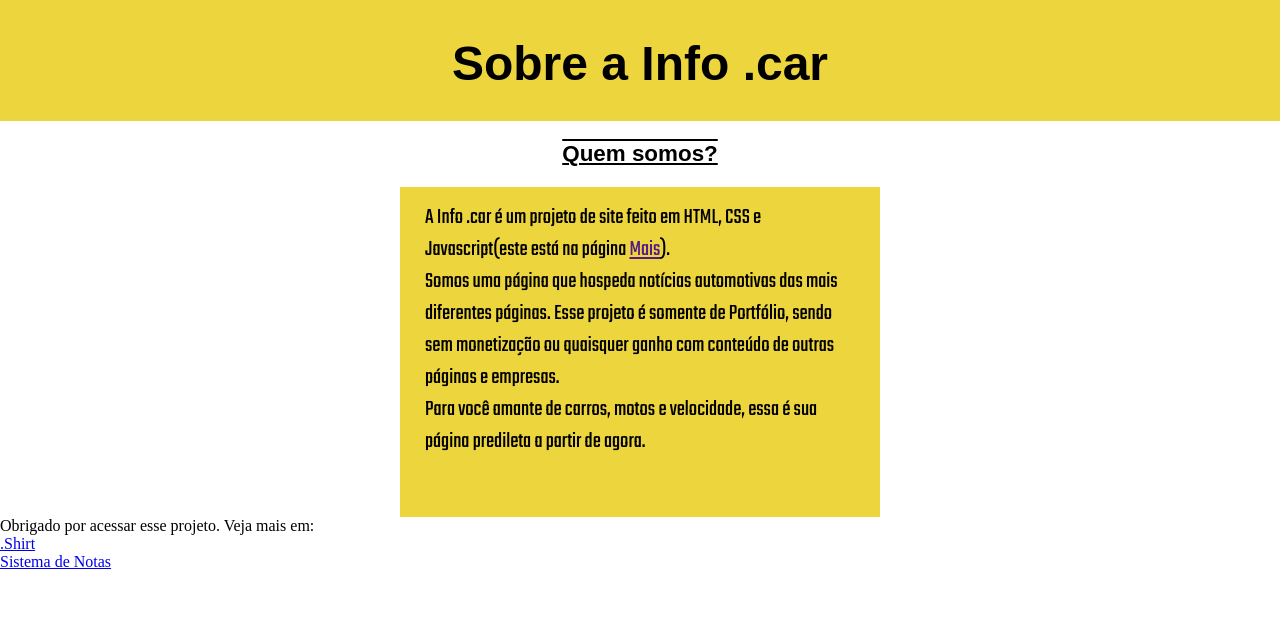
Repository: Leonngc/projeto-info.car
Page: sobre.html
These files come from the project's save history. The page is drawn as it stood at one moment and after a run of saves; the edit follows.
The browser window is 1280 px wide. The pictures show the whole page.
Some web fonts or font styles are not loaded; a fallback is used.

Above is the page before, as saved 2022-11-05 15:32:48.

### sobre.html
<!DOCTYPE html>
<html lang="pt-br">
<head>
    <meta charset="UTF-8">
    <meta http-equiv="X-UA-Compatible" content="IE=edge">
    <meta name="viewport" content="width=device-width, initial-scale=1.0">
    <link rel="stylesheet" href="sobre.css">
    <title>Sobre nós</title>
</head>
<body>
    <header>
        <h1>Sobre a Info .car</h1>
    </header>

    <main>
        <article>
            <h1>Quem somos?</h1>
            <p>
                A Info .car é um projeto de site feito em HTML, CSS e Javascript(este está na página <a href="">Mais</a>).  <br>
                Somos uma página que hospeda notícias automotivas das mais diferentes páginas. Esse projeto é somente de Portfólio, sendo sem monetização ou quaisquer ganho com conteúdo de outras páginas e empresas.
                <br>
                Para você amante de carros, motos e velocidade, essa é sua página predileta a partir de agora. <br>
            </p>
        </article>
    </main>

        <footer>
            <p>Obrigado por acessar esse projeto. Veja mais em: <br>
            <a href="https://leonngc.github.io/projeto-shirt/" target="_blank">.Shirt</a>
            <br>
            <a href="https://leonngc.github.io/sistema-de-notas/" target="_blank">Sistema de Notas</a>
            </p>
        </footer>
</body>
</html>

### sobre.css
@charset "UTF 8";
@import url('https://fonts.googleapis.com/css2?family=Michroma&display=swap');
@import url('https://fonts.googleapis.com/css2?family=Teko&display=swap');
@import url('https://fonts.googleapis.com/css2?family=Ramabhadra&display=swap');

:root{
    --font-title: 'Ramabhadra', sans-serif;
    --font-text: 'Teko', sans-serif;
}

*{
    margin: 0;
    padding: 0;
}

header{
    background-color: #edd53e;
    color: black;
    padding: 30px;
    padding-top: 5vh;
    min-width: 2em;
    font-size: 1.5em;
    text-align: center;
    font-family: var(--font-title);
}

article > h1{
    font-family: var(--font-title);
    font-size: 1.4em;
    text-align: center;
    text-decoration: overline underline;
    margin-top: 20px;
    margin-bottom: 20px;
}

article > p{
   font-family: var(--font-text);
   font-size: 1.4em;
   margin: auto;
   margin-left: 400px;
   margin-right: 400px;
   min-width: 300px;
   min-height: 300px;
   padding: 15px 25px;
   background-color: #edd53e;
}

After the next 2 saves:
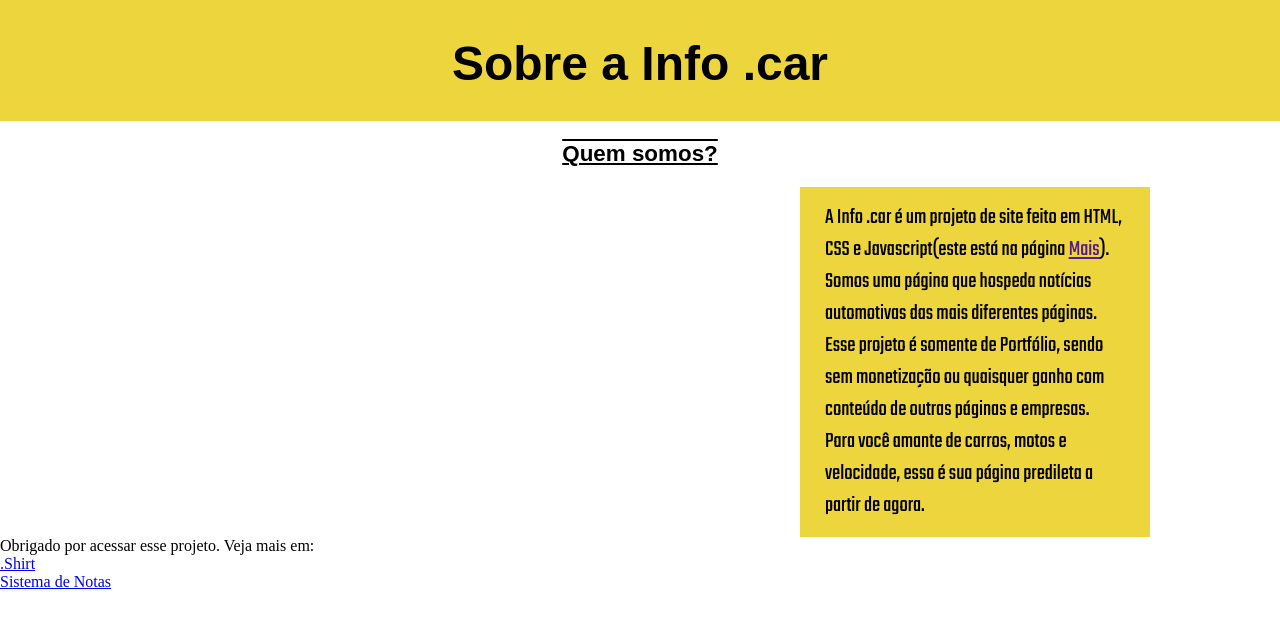
The 2 saves are shown as one change because they came seconds apart.
The last was saved 12 s later.
--- a/sobre.css
+++ b/sobre.css
@@ -37,8 +37,8 @@ article > p{
    font-family: var(--font-text);
    font-size: 1.4em;
    margin: auto;
-   margin-left: 400px;
-   margin-right: 400px;
+   margin-left: 800px;
+   margin-right: 800px;
    min-width: 300px;
    min-height: 300px;
    padding: 15px 25px;
